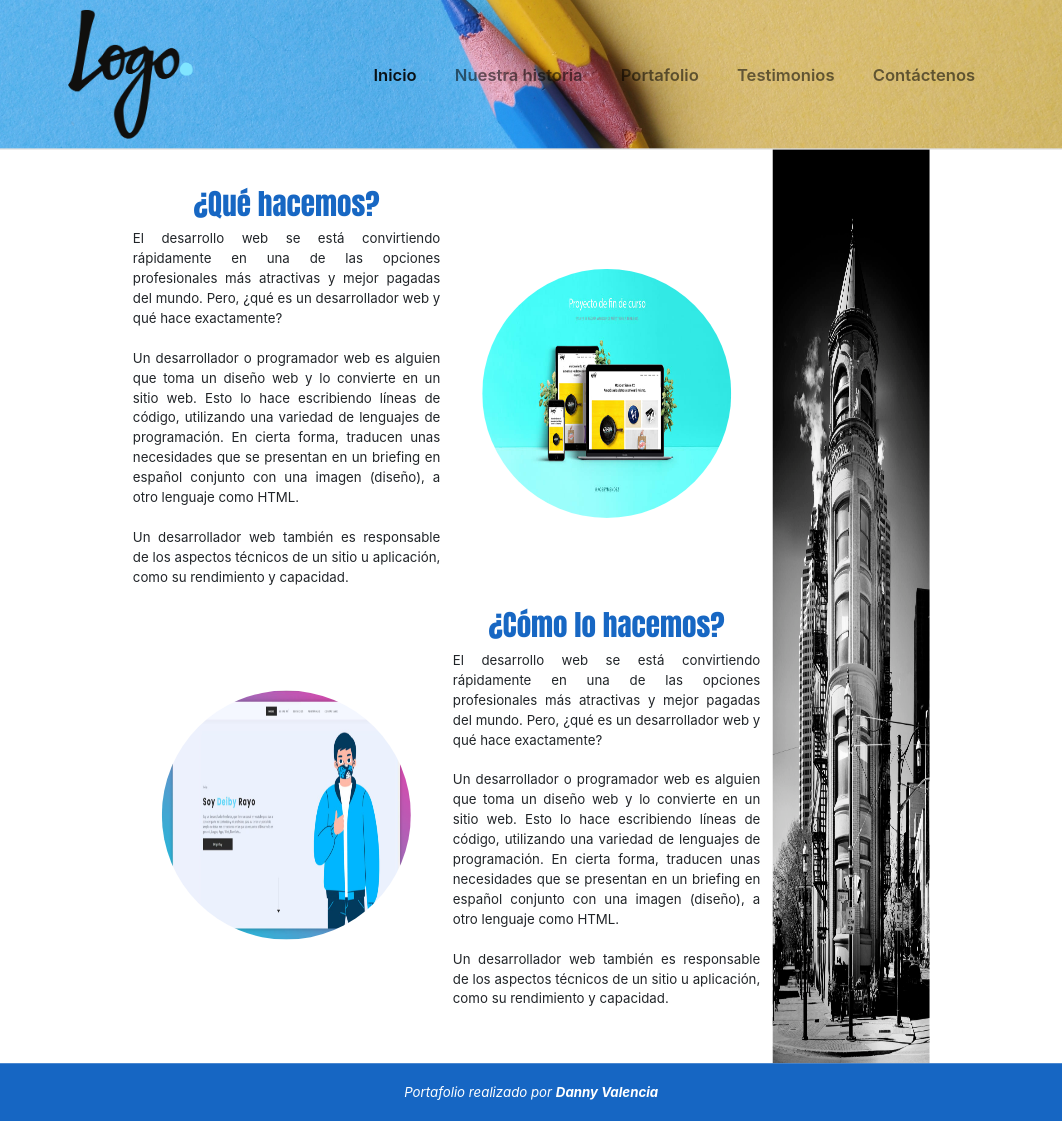
Repository: Dannyval1/Html-portafolio
Page: index.html
The author's editor kept a copy of each file at every save. The page is drawn from the files as they stood at one save, then again after the next save.
The browser window is 1280 px wide. The pictures show the whole page, at 83% of full size.

Above is the page before, as saved 2022-02-13 18:44:18.

### index.html
<!DOCTYPE html>
<html lang="es">
  <head>
    <meta charset="UTF-8" />
    <meta http-equiv="X-UA-Compatible" content="IE=edge" />
    <meta name="viewport" content="width=device-width, initial-scale=1.0" />
    <title>Portafolio Danny Valencia</title>
    <link rel="stylesheet" type="text/css" href="./assets/css/styles.css" />
    <link
      href="https://cdn.jsdelivr.net/npm/bootstrap@5.1.3/dist/css/bootstrap.min.css"
      rel="stylesheet"
      integrity="sha384-1BmE4kWBq78iYhFldvKuhfTAU6auU8tT94WrHftjDbrCEXSU1oBoqyl2QvZ6jIW3"
      crossorigin="anonymous"
    />
    <script
      src="https://cdn.jsdelivr.net/npm/bootstrap@5.1.3/dist/js/bootstrap.bundle.min.js"
      integrity="sha384-ka7Sk0Gln4gmtz2MlQnikT1wXgYsOg+OMhuP+IlRH9sENBO0LRn5q+8nbTov4+1p"
      crossorigin="anonymous"
    ></script>
  </head>
  <body>
    <nav class="navbar navbar-expand-lg navbar-light" id="header-two">
      <div class="container">
        <a class="navbar-brand" href="#">
          <img
            src="./assets/images/logo-danny.png"
            class="app-logo"
            alt="Logo"
            width="150"
          />
        </a>
        <button class="navbar-toggler" type="button" data-bs-toggle="collapse" data-bs-target="#navbarSupportedContent" aria-controls="navbarSupportedContent" aria-expanded="false" aria-label="Toggle navigation">
          <span class="navbar-toggler-icon"></span>
        </button>
        <div class="collapse navbar-collapse justify-content-end" id="navbarSupportedContent">
          <ul class="navbar-nav mb-2 mb-lg-0 d-flex main-menu">
            <li class="nav-item">
              <a class="nav-link active" aria-current="page" href="index.html">Inicio</a>
            </li>
            <li class="nav-item">
              <a class="nav-link" href="historia.html">Nuestra historia</a>
            </li>
            <li class="nav-item">
              <a class="nav-link" href="portafolio.html">Portafolio</a>
            </li>
            <li class="nav-item">
              <a class="nav-link" href="testimonios.html">Testimonios</a>
            </li>
            <li class="nav-item">
              <a class="nav-link" href="contactenos.html">Contáctenos</a>
            </li>
          </ul>
        </div>
      </div>
    </nav>
    <div class="center full-content">
      <section id="contenido">
        <div class="first-content">
          <h2 class="text-center main-title">¿Qué hacemos?</h2>
          <p class="text-justify">
            El desarrollo web se está convirtiendo rápidamente en una de las
            opciones profesionales más atractivas y mejor pagadas del mundo.
            Pero, ¿qué es un desarrollador web y qué hace exactamente?<br />
            <br />
            Un desarrollador o programador web es alguien que toma un diseño web
            y lo convierte en un sitio web. Esto lo hace escribiendo líneas de
            código, utilizando una variedad de lenguajes de programación. En
            cierta forma, traducen unas necesidades que se presentan en un
            briefing en español conjunto con una imagen (diseño), a otro
            lenguaje como HTML. <br />
            <br />
            Un desarrollador web también es responsable de los aspectos técnicos
            de un sitio u aplicación, como su rendimiento y capacidad.
          </p>
        </div>
        <div class="second-content">
          <img
            src="./assets/images/proyecto1.jpeg"
            class="img-proyects"
            alt="proyectos"
          />
        </div>
        <div class="first-content">
          <img
            src="./assets/images/proyecto2.jpeg"
            class="img-proyects"
            alt="proyectos"
          />
        </div>
        <div class="second-content">
          <h2 class="text-center main-title">¿Cómo lo hacemos?</h2>
          <p class="text-justify">
            El desarrollo web se está convirtiendo rápidamente en una de las
            opciones profesionales más atractivas y mejor pagadas del mundo.
            Pero, ¿qué es un desarrollador web y qué hace exactamente?<br />
            <br />
            Un desarrollador o programador web es alguien que toma un diseño web
            y lo convierte en un sitio web. Esto lo hace escribiendo líneas de
            código, utilizando una variedad de lenguajes de programación. En
            cierta forma, traducen unas necesidades que se presentan en un
            briefing en español conjunto con una imagen (diseño), a otro
            lenguaje como HTML. <br />
            <br />
            Un desarrollador web también es responsable de los aspectos técnicos
            de un sitio u aplicación, como su rendimiento y capacidad.
          </p>
        </div>
      </section>
      <section id="publicidad">
        <img
          src="./assets/images/publicidad.jpeg"
          alt="Publicidad"
          width="100%"
          height="100%"
        />
      </section>
    </div>
    <footer id="footer">
      <div class="center">
        <p class="text-center">
          <i>Portafolio realizado por <strong>Danny Valencia</strong></i>
        </p>
      </div>
    </footer>
  </body>
</html>

### assets/css/styles.css
body {
  display: block;
  margin: 0;
}

#header {
  height: 550px;
  width: 100%;
  background-image: url("./../images/main-background1.jpg");
  background-position: center;
  background-size: cover;
  border-bottom: 1px solid #ccc;
}

#header-two {
  height: 180px;
  width: 100%;
  background-image: url("./../images/main-background1.jpg");
  background-position: center;
  background-size: cover;
  border-bottom: 1px solid #ccc;
}

.nav-link:focus, .nav-link:hover {
  color: #ffffff!important;
}

.nav-link{
  position: relative;
}

a.nav-link:after {
  background: none repeat scroll 0 0 transparent;
  bottom: 0;
  content: "";
  display: block;
  height: 2px;
  left: 50%;
  position: absolute;
  background: #fff;
  transition: width 0.3s ease 0s, left 0.3s ease 0s;
  width: 0;
}
a.nav-link:hover:after {
  width: 100%;
  left: 0;
}

.center {
  width: 75%;
  margin: 0px auto;
}

#menu {
  width: 80%;
  float: right;
}

.main-menu{
  font-weight: 600;
  font-size: 20px;
}

.main-menu li{
  display: inline-block;
  list-style: none;
  margin-left: 15px;
  margin-right: 15px;
}

.main-menu li a{
  color: white;
}

#menu ul {
  line-height: 120px;
  float: right;
  font-weight: 600;
  font-size: 20px;
}

#menu ul li {
  display: inline-block;
  list-style: none;
  margin-left: 15px;
  margin-right: 15px;
}

#menu ul li a {
  color: white;
}

#menu ul li:last-child {
  margin-right: 0;
}

#logo {
  width: 20%;
  font-size: 30px;
  float: left;
  margin-top: 12px;
}

.btn-portfolio {
  text-align: center;
  display: inline-block;
  margin: 0 auto;
  width: 155px;
  border: 1px solid black;
  color: white;
  background-color: black;
  position: absolute;
  font-size: 25px;
  top: 50%;
  left: 45%;
  right: 50%;
  padding: 8px;
  border-radius: 15px;
}

.btn-portfolio:hover {
  color: black;
  background-color: white;
  transition: 0.3s;
}

#contenido {
  width: 100%;
  margin-bottom: 50px;
  grid-area: contenido;
  display: grid;
  align-items: center;
  grid-template-columns: auto auto;
  grid-template-rows: auto auto;
  grid-column-gap: 15px;
  grid-row-gap: 10px;
  margin-top: 45px;
}

#publicidad {
  grid-area: publicidad;
}

.full-content {
  display: grid;
  grid-template-columns: 4fr 1fr;
  grid-template-areas: "contenido publicidad";
  grid-column-gap: 15px;
}

.text-center {
  text-align: center;
}

.text-justify {
  text-align: justify;
}

h1,
h2,
h3,
h4,
h5,
h6 {
  font-family: Impact, Haettenschweiler, "Arial Narrow Bold", sans-serif;
}

p,
a,
ul,
ol,
form {
  font-family: -apple-system, BlinkMacSystemFont, "Segoe UI", Roboto, Oxygen,
    Ubuntu, Cantarell, "Open Sans", "Helvetica Neue", sans-serif;
}

a {
  text-decoration: none;
}

.main-title {
  color: #1767c3;
  font-size: 35px;
}

.mt-3 {
  margin-top: 25px;
}
.mb-3 {
  margin-bottom: 25px;
}
.img-proyects {
  width: 300px;
  height: 300px;
  display: block;
  border-radius: 150px;
  margin: 0px auto;
}

form {
  padding: 25px;
  border: 1px solid #1767c3;
  border-radius: 25px;
  background-color: #1767c3;
  color: white;
}
input {
  width: 100%;
  height: 30px;
  margin-bottom: 15px;
  border-radius: 8px;
}

input.send {
  width: 250px;
  background-color: darkcyan;
  color: white;
  margin: 0 auto;
  display: block;
}

textarea {
  width: 100%;
  border-radius: 8px;
}

#footer {
  background: #1666c3;
  width: 100%;
  height: 70px;
  line-height: 70px;
  display: inline-block;
}
#footer p {
  margin: 0px;
  padding: 0px;
  color: white;
}

.img-general {
  margin: 0 auto;
  display: block;
}

@media screen and (max-width: 768px) {
  .full-content {
    grid-template-columns: auto;
    grid-template-areas:
      "contenido"
      "publicidad";
  }

  #contenido {
    grid-template-columns: auto;
    grid-template-areas:
      "firs-content"
      "second-content";
  }

  .btn-portfolio {
    display: none;
  }

  #menu {
    width: 65%;
  }
  #menu ul {
    line-height: 30px;
    font-size: 27px;
  }
  #menu ul li {
    display: block;
    margin-bottom: 35px;
  }
  #header {
    height: 430px;
  }
  #header-two {
    height: 430px;
  }

  #content{
      margin-bottom: 25px;
  }
}

@media screen and (min-width: 768px) and (max-width: 1200px) {
  .app-logo {
    width: 100px;
  }
  #menu {
    width: 85%;
    float: right;
  }
  .btn-portfolio {
    width: 140px;
    font-size: 20px;
    padding: 3px;
  }
  #header {
    height: 300px;
  }
  #header .center {
    width: 85%;
  }
  #logo {
    width: 15%;
  }
  #menu ul {
    line-height: 70px;
    font-size: 18px;
  }
}

@media screen and (min-width: 768px) and (max-width: 991px) {
  #menu ul {
    line-height: 70px;
    font-size: 15px;
  }
}

After the next save:
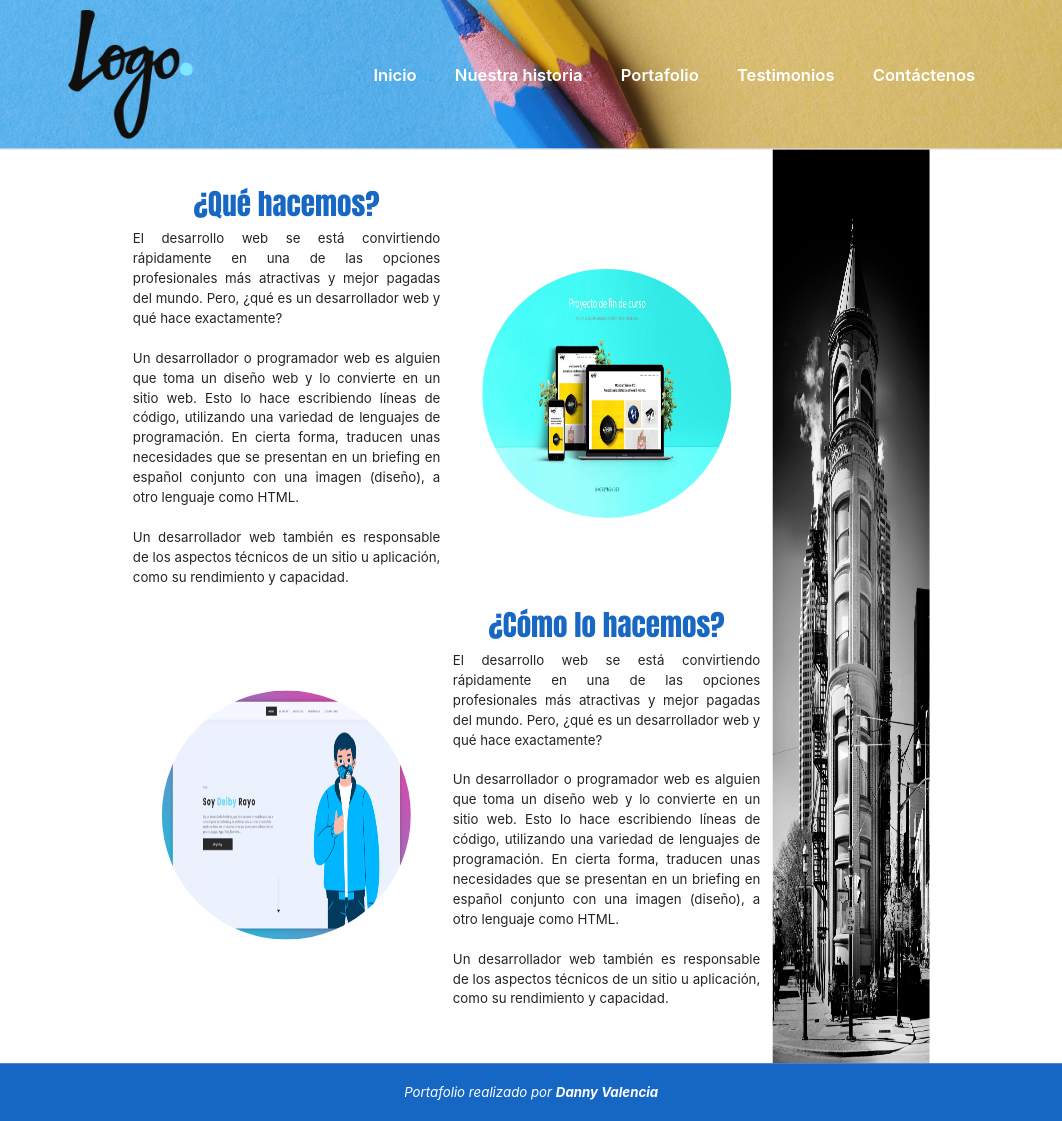
Saved 36 s later.
--- a/assets/css/styles.css
+++ b/assets/css/styles.css
@@ -27,6 +27,10 @@ body {
 
 .nav-link{
   position: relative;
+}
+
+.navbar-light .navbar-nav .nav-link {
+  color: #ffffff!important;
 }
 
 a.nav-link:after {
